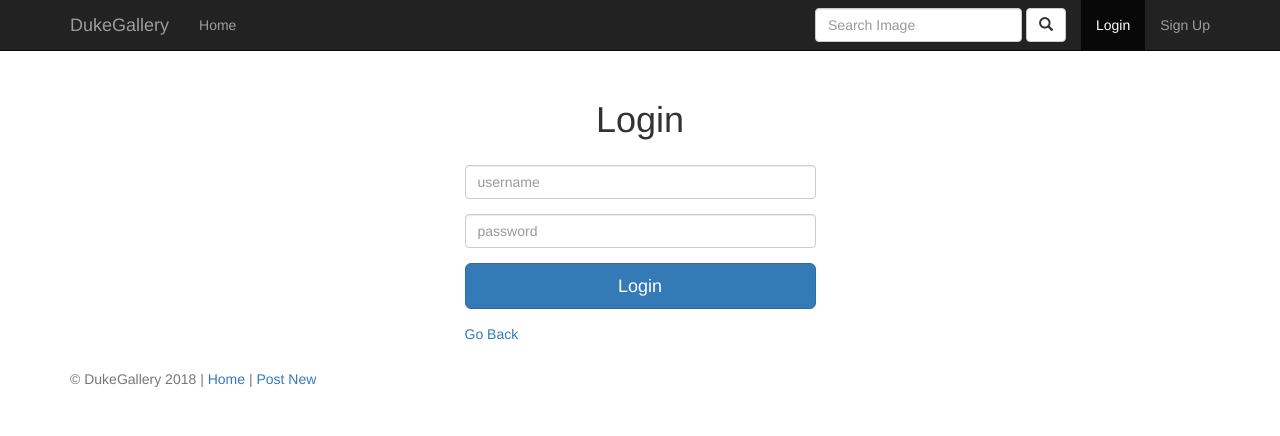
Repository: zhangsi929/Duke_gallery
Page: http://localhost/login
The author's editor kept a record of every edit. The page is drawn from the files as they stood at one moment, then again after the next edit.
The browser window is 1280 px wide. The pictures show the whole page.
Some web libraries are served in a nearby version. The page is served by the project's Node server (app.js). Other server files are loaded and not shown.

Above is the page before.

### views/login.ejs
<% include ./partials/header %>
<div class="row">
    <h1 style="text-align: center">Login</h1>
    <div style="width: 30%; margin: 25px auto;">
        <form action="/login" method="post">
            <div class="form-group">
                <input class="form-control" type="text" name="username" placeholder="username">
            </div>
            <div class="form-group">
                <input class="form-control" type="password" name="password" placeholder="password">
            </div>
            <div class="form-group">
                <button class="btn btn-lg btn-primary btn-block">Login</button>
            </div>
        </form>
        <a href="/gallery">Go Back</a>
    </div>
</div>

<% include ./partials/footer %>

### views/partials/header.ejs
<!DOCTYPE html>
<html>
    <head>
        <!-- Make site responsive on mobile/tablet -->
        <meta name="viewport" content="width=device-width, initial-scale=1">
        <title>Duke Gallery</title>
        <link rel="stylesheet" href="https://maxcdn.bootstrapcdn.com/bootstrap/3.3.7/css/bootstrap.min.css">
        <link rel="stylesheet" href="/stylesheets/main.css">
    </head>
    <body>
        <nav class="navbar navbar-inverse navbar-fixed-top">
        <!--<nav class="navbar navbar-default">-->
            <div class="container">
                <div class="navbar-header">
                    <button type="button" class="navbar-toggle collapsed" data-toggle="collapse" data-target="#navbar" aria-expanded="false" aria-controls="navbar">
                      <span class="sr-only">Toggle navigation</span>
                      <span class="icon-bar"></span>
                      <span class="icon-bar"></span>
                      <span class="icon-bar"></span>
                    </button>

                    <a class="navbar-brand" href="/">DukeGallery</a>
                </div>
                <div id="navbar" class="collapse navbar-collapse">
                  <ul class="nav navbar-nav">
                    <li class="<%= typeof page !== 'undefined' && page === 'gallery' ? 'active' : '' %>"><a href="/gallery">Home</a></li>
                  </ul>
                  <ul class="nav navbar-nav navbar-right">
                          <li>
                            <form class="navbar-form" action = "/gallery" method="GET" >
                            <input type="text" name = "search" class="form-control" placeholder="Search Image">
                            <button type="submit" value = "Search" class="btn btn-default"><i class="glyphicon glyphicon-search"></i></button>
                            </form>
                          </li>
                      <% if(!currentUser){ %>
                          <li class="<%= typeof page !== 'undefined' && page === 'login' ? 'active' : '' %>"><a href="/login">Login</a></li>
                          <li class="<%= typeof page !== 'undefined' && page === 'register' ? 'active' : '' %>"><a href="/register">Sign Up</a></li>
                      <% } else { %>
                          <li><a href="#">Signed In As <%= currentUser.username %></a></li>
                          <li><a href="/logout">Logout</a></li>
                      <% } %>
                  </ul>
                </div>
            </div>
        </nav>
        <div class="container", style="margin: 30px auto;">
        <h1></h1>
        </div>
        <div class="container">
            <% if(error && error.length > 0){ %>
                <div class="alert alert-danger" role="alert">
                    <%= error %>
                </div>
            <% } %>
            <% if(success && success.length > 0){ %>
                <div class="alert alert-success" role="alert">
                    <%= success %>
                </div>
            <% } %>
        </div>
        <!--, style="margin: 100px auto;"-->
        <div class="container">

### views/partials/footer.ejs
    </div><!-- /.container -->
    <footer class="footer">
          <div class="container">
            <p class="text-muted">&copy; DukeGallery 2018 | <a href="/gallery">Home</a> | <a href="/gallery/new">Post New</a></p>
          </div>
    </footer>
    <!-- jQuery CDN -->
<script
  src="https://code.jquery.com/jquery-3.1.1.min.js"
  integrity="sha256-hVVnYaiADRTO2PzUGmuLJr8BLUSjGIZsDYGmIJLv2b8="
  crossorigin="anonymous"></script>

<!-- Bootstrap JS CDN -->
<script src="https://maxcdn.bootstrapcdn.com/bootstrap/3.3.7/js/bootstrap.min.js" integrity="sha384-Tc5IQib027qvyjSMfHjOMaLkfuWVxZxUPnCJA7l2mCWNIpG9mGCD8wGNIcPD7Txa" crossorigin="anonymous"></script>
    </body>
</html>

### app.js
//=====main======
var express = require("express");
var app = express();
var bodyParser = require("body-parser");
var mongoose = require("mongoose");
//model import
var Image  = require("./models/image");
var Comment = require("./models/comment");
var passport    = require("passport");
var LocalStrategy = require("passport-local");
var methodOverride = require("method-override");
var User        = require("./models/user");
var seedDB = require("./seeds");
var flash       = require("connect-flash");
//requring routes
var commentRoutes    = require("./routes/comments"),
    galleryRoutes = require("./routes/gallery"),
    indexRoutes      = require("./routes/index")

//mongoose.connect("mongodb://localhost/dukegallery");
mongoose.connect("mongodb://Si:zhangsi110@ds257627.mlab.com:57627/dukegallery");
app.use(bodyParser.urlencoded({extended: true}));
app.set("view engine", "ejs");
app.use(express.static(__dirname + "/public"));
app.use(methodOverride("_method"));
app.use(flash());
//seedDB();
app.locals.moment = require('moment');

// PASSPORT CONFIGURATION
app.use(require("express-session")({
    secret: "Once again Rusty wins cutest dog!",
    resave: false,
    saveUninitialized: false
}));
app.use(passport.initialize());
app.use(passport.session());
passport.use(new LocalStrategy(User.authenticate()));
passport.serializeUser(User.serializeUser());
passport.deserializeUser(User.deserializeUser());

app.use(function(req, res, next){
   res.locals.currentUser = req.user;
   res.locals.error = req.flash("error");
   res.locals.success = req.flash("success");
   next();
});

// ROUTES
app.use("/", indexRoutes);
app.use("/gallery", galleryRoutes);
app.use("/gallery/:id/comments", commentRoutes);

app.listen(process.env.PORT, process.env.IP, function(){
   console.log("The DukeGallery Server Has Started!");
});

### routes/index.js
var express = require("express");
var router  = express.Router({mergeParams: true});

router.get("/", function(req, res){
    res.render("landing");
});
var passport = require("passport");
var User = require("../models/user");
//  ===========
// AUTH ROUTES
//  ===========

// show register form
router.get("/register", function(req, res){
   //res.render("register");
   res.render("register", {page: 'register'});
});
//handle sign up logic
router.post("/register", function(req, res){
    var newUser = new User({username: req.body.username});
    User.register(newUser, req.body.password, function(err, user){
        // if(err){
        //     req.flash("error", err.message);
        //     return res.render("register");
        // }
        if(err){
            console.log(err);
            return res.render("register", {error: err.message});
        }
        passport.authenticate("local")(req, res, function(){
            req.flash("success", "Welcome to DukeGallery " + user.username);
          res.redirect("/gallery");
        });
    });
});
// show login form
router.get("/login", function(req, res){
   //res.render("login");
   res.render("login", {page: 'login'});
});
// handling login logic
router.post("/login", passport.authenticate("local",
    {
        successRedirect: "/gallery",
        failureRedirect: "/login"
    }), function(req, res){
});
// logout route
router.get("/logout", function(req, res){
   req.logout();
   req.flash("success", "Logged you out!");
   res.redirect("/gallery");
});


module.exports = router;

### public/stylesheets/main.css
.thumbnail img {
    width: 100%;
}


.thumbnail {
    padding: 0;
}

.thumbnail .caption-full {
    padding: 9px;
}
.body {
    padding-top: 65px;
}
#delete-form {
    display: inline;
}
/* Google Maps */
#map {
    height: 400px;
    width: 100%;
}
.jumbotron{
  position: relative;
    overflow: hidden;
    /*height: 200px;*/
 /*background-image: url("http://nasher.duke.edu/wp-content/themes/nasher/images/background.jpg");*/
 background-image: url("/image/haha.jpg");
 background-size: cover;
 color: #000000;
  /* Tried setting the height. Didnt work either */
  /* height: 200px; */
}
.jumbotron1{
  position: relative;
    overflow: hidden;
    height: 300px;

  /* Tried setting the height. Didnt work either */
  /* height: 200px; */
}
.container1 {
  position: relative;
  color: #000000;
  z-index: 2;
}
#video-background{
  position: absolute;
  height: auto;
  width: auto;
  min-height: 100%;
  min-width: 100%;
  left: 50%;
  top: 50%;
  -webkit-transform: translate3d(-50%, -50%, 0);
  transform: translate3d(-50%, -50%, 0);
  z-index: 1;
}


#footer{
    display: table;
    text-align: center;
    margin-left: auto;
    margin-right: auto;
}

After the next edit:
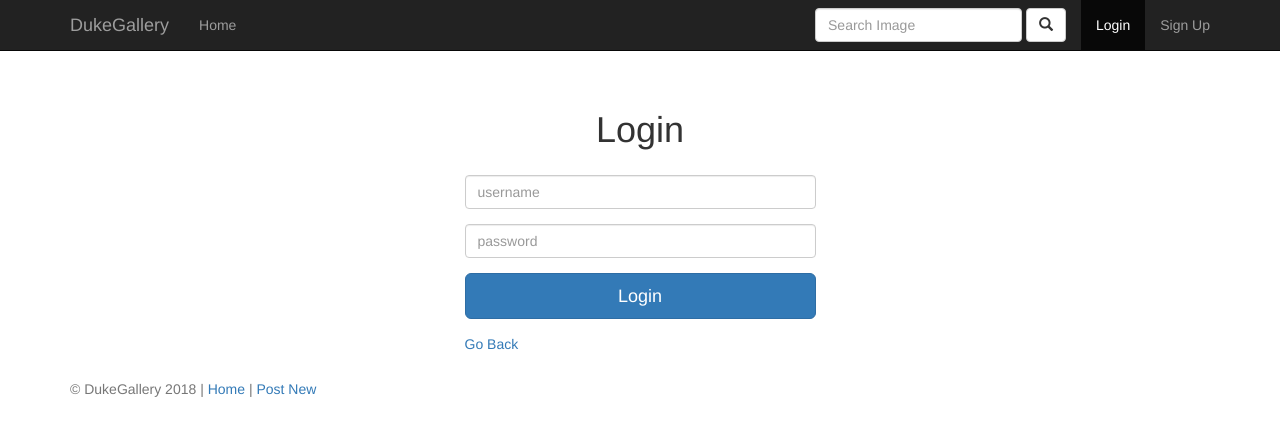
The edit:
--- a/views/partials/header.ejs
+++ b/views/partials/header.ejs
@@ -43,7 +43,7 @@
                 </div>
             </div>
         </nav>
-        <div class="container", style="margin: 30px auto;">
+        <div class="container", style="margin: 35px auto;">
         <h1></h1>
         </div>
         <div class="container">
